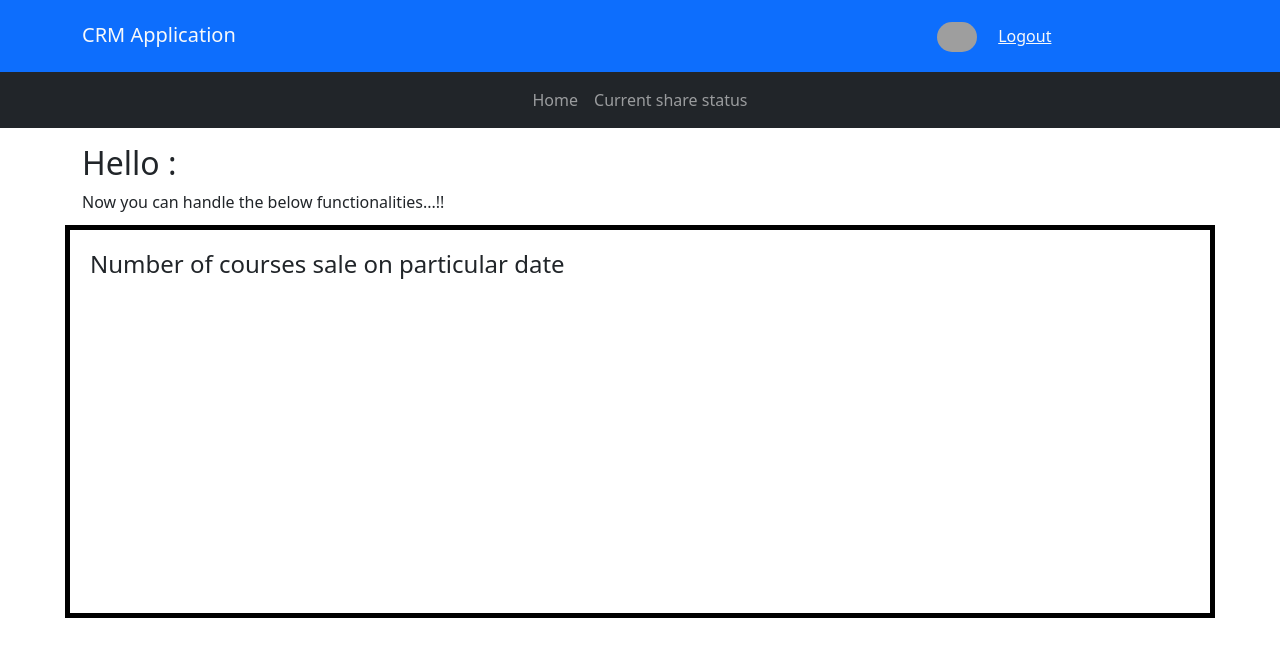
Repository: DevloperSudip/Insight-Dashboard
Page: http://localhost/DashProject/WEB-INF/views/home-employee.jsp
The author's editor kept a copy of each file at every save. The page is drawn from the files as they stood at one save, then again after the next save.
The browser window is 1280 px wide. The pictures show the whole page.
Pictures or frames that could not be fetched are drawn as grey boxes. The page is served by Tomcat 10. Nobody is signed in. Other server files are loaded and not shown. The template is opened directly, without the code that normally fills it, so the values that code supplies are empty.

Above is the page before, as saved 2024-04-24 10:32:11.

### DashProject_FinalProject/DashProject/src/main/webapp/WEB-INF/views/home-employee.jsp
<%@ page language="java" contentType="text/html; charset=ISO-8859-1"
    pageEncoding="ISO-8859-1"%>

<%@taglib prefix="c" uri="http://java.sun.com/jsp/jstl/core" %>

<!DOCTYPE html>
<html lang="en">
    <head>
        <title>Welcome</title>
        <meta charset="utf-8">
        <meta name="viewport" content="width=device-width, initial-scale=1">
        <link href="https://cdn.jsdelivr.net/npm/bootstrap@5.0.2/dist/css/bootstrap.min.css" rel="stylesheet" />
        <script src="https://cdn.jsdelivr.net/npm/bootstrap@5.0.2/dist/js/bootstrap.bundle.min.js"></script>

        <link rel="stylesheet" type="text/css" href="css/style.css" />

        <script src="https://cdnjs.cloudflare.com/ajax/libs/Chart.js/2.9.4/Chart.js"></script>
    </head>
    <body>
        <jsp:include page="header-employee.jsp" />

        <div class="container mt-3">
            <h2>Hello : ${session_employee.getName()}</h2>
            <p> Now you can handle the below functionalities...!! </p>
        </div>

        <div class="container" style="padding: 20px; box-shadow: 0px 0px 0px 5px black;">
        	<h4> Number of courses sale on particular date </h4>
        	<canvas id="myChart" style="width:100%;max-width:600px"></canvas>
        </div>

       <!--  <script>
			const xValues = [
				<c:forEach items="${model_count_course_sale}" var="row" varStatus="status">
					"${row[0]}"${not status.last ? ',' : ''}
				</c:forEach>
				];
			const yValues = [
				<c:forEach items="${model_count_course_sale}" var="row" varStatus="status">
					${row[1]}${not status.last ? ',' : ''}
				</c:forEach>
			];

			new Chart("myChart", {
			  type: "line",
			  data: {
			    labels: xValues,
			    datasets: [{
			      fill: false,
			      lineTension: 0,
			      backgroundColor: "rgba(0,0,255,1.0)",
			      borderColor: "rgba(0,0,255,0.1)",
			      data: yValues
			    }]
			  },
			  options: {
			    legend: {display: false},
			    scales: {
			      yAxes: [{ticks: {min: 0, max:10}}],
			    }
			  }
			});
		</script> -->
    </body>
</html>

### DashProject_FinalProject/DashProject/src/main/webapp/WEB-INF/views/header-employee.jsp
<%@ page language="java" contentType="text/html; charset=ISO-8859-1"
    pageEncoding="ISO-8859-1"%>
<!DOCTYPE html>
<html>
	<head>
		<meta charset="ISO-8859-1">
		<title>Insert title here</title>
	</head>
	<body>
		<div class="container-fluid bg-primary header_design">
            <div class="container">
                <div class="row">
                    <div class="col-3">
                        <a href="homeEmployee" class="navbar-brand text-light"> CRM Application </a>
                    </div>
                    <div class="col-6"> </div>
                    <div class="col-3">
                        <a class="navbar-brand text-light" href="profileEmployee">
                            <img src="images/admin_profile_pic.png" alt="" style="width:40px;" class="rounded-pill">
                            ${session_employee.getName()}
                        </a>
                        <a href="logout" class="text-light"> Logout </a>
                    </div>
                </div>
            </div>
        </div>

        <nav class="navbar navbar-expand-sm bg-dark navbar-dark container-fluid">
            <div class="container">
                <button class="navbar-toggler" type="button" data-bs-toggle="collapse" data-bs-target="#collapsibleNavbar">
                    <span class="navbar-toggler-icon"></span>
                </button>
                <div class="collapse navbar-collapse justify-content-center" id="collapsibleNavbar">
                    <ul class="navbar-nav">
                    	<li class="nav-item">
                            <a class="nav-link" href="homeEmployee">Home</a>
                        </li>
                       <!--  <li class="nav-item">
                            <a class="nav-link" href="customerEnquiryPage">Customer's Enquiry</a>
                        </li>
                        <li class="nav-item">
                            <a class="nav-link" href="customerFolloupPage">Customer Follow Ups</a>
                        </li> -->
                    <li class="nav-item">
                            <a class="nav-link" href="forcast">Current share status</a>
                        </li>
                    </ul>
                </div>
            </div>
        </nav>
	</body>
</html>

### DashProject_FinalProject/DashProject/src/main/resources/static/css/style.css
.header_design
{
    height: auto;
    width: 100%;
    float: left;
    padding: 20px;
}
.main_page_banner
{
    height: auto;
    width: auto;
    background-image: url('https://c4.wallpaperflare.com/wallpaper/163/392/912/map-wold-map-technology-world-wallpaper-preview.jpg');
    /* opacity: .8; */
    /* background-size: cover; */
}
.main_page_title
{
    float: left;
    margin-top: 80px;
    font-size: 26px;
    color: white;
    text-shadow: 1px 1px 1px #ffff00;
}
.login_div_design
{
    padding: 40px;
    box-shadow: 0px 0px 5px #cccccc;
    float: left;
    margin-top: 50px;
}
.addemp_div_design
{
    width: 70%;
    padding: 40px;
    box-shadow: 0px 0px 5px #cccccc;
    float: left;
    margin-top: 50px;
}
.form_div_design
{
	width: 100%;
	padding: 40px;
	box-shadow: 0px 0px 5px #cccccc;
	float: left;
    margin-top: 20px;
}
.error_message_design
{
	color: red;
	font-size: 14px;
	font-weight: bold;
}
.course_details_div
{
	height: auto;
	width: auto;
	padding: 20px;
	box-shadow: 0px 0px 5px #cccccc;
}

After the next save:
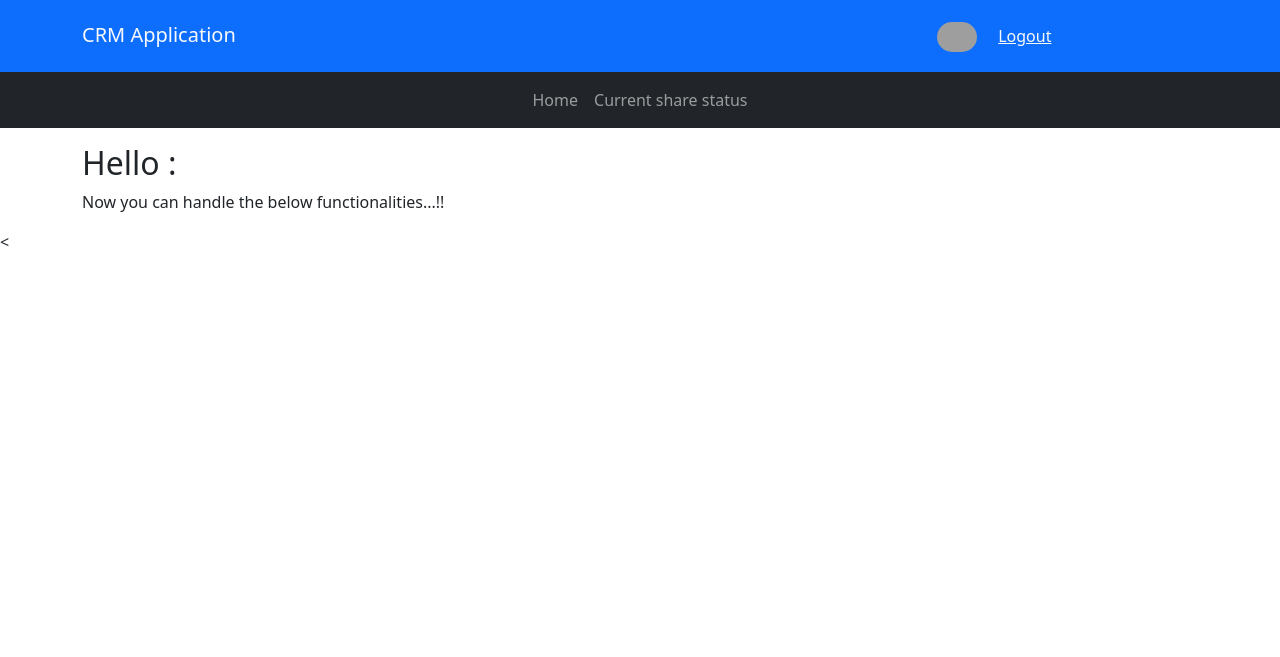
Saved 41 s later.
--- a/DashProject_FinalProject/DashProject/src/main/webapp/WEB-INF/views/home-employee.jsp
+++ b/DashProject_FinalProject/DashProject/src/main/webapp/WEB-INF/views/home-employee.jsp
@@ -24,10 +24,10 @@
             <p> Now you can handle the below functionalities...!! </p>
         </div>
 
-        <div class="container" style="padding: 20px; box-shadow: 0px 0px 0px 5px black;">
+        <<%-- div class="container" style="padding: 20px; box-shadow: 0px 0px 0px 5px black;">
         	<h4> Number of courses sale on particular date </h4>
         	<canvas id="myChart" style="width:100%;max-width:600px"></canvas>
-        </div>
+        </div> --%>
 
        <!--  <script>
 			const xValues = [
